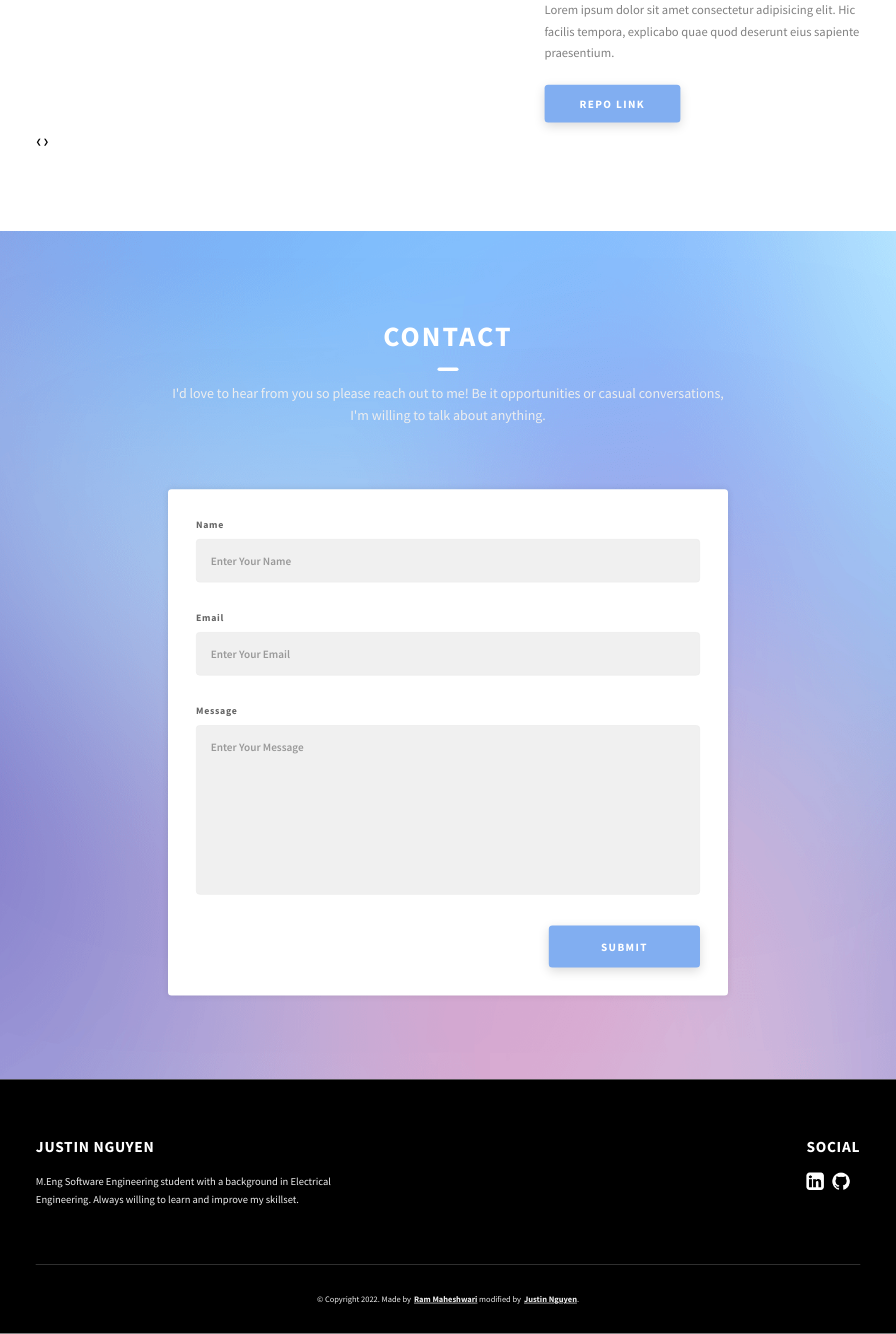
Repository: justinknguyen/Personal-Portfolio
Page: index.html
The author's editor kept a copy of each file at every save. The page is drawn from the files as they stood at one save, then again after the next save.
The browser window is 1280 px wide. The pictures show the part of the page from y = 3640 to 5560 px (the page is 5545 px tall before and 5560 px after), at 70% of full size.
The style sheet was rebuilt from its Sass, Less or Tailwind sources for each picture, by a compiler version that may differ from the author's.

Above is the page before, as saved 2022-09-07 10:55:48.

After the next save:
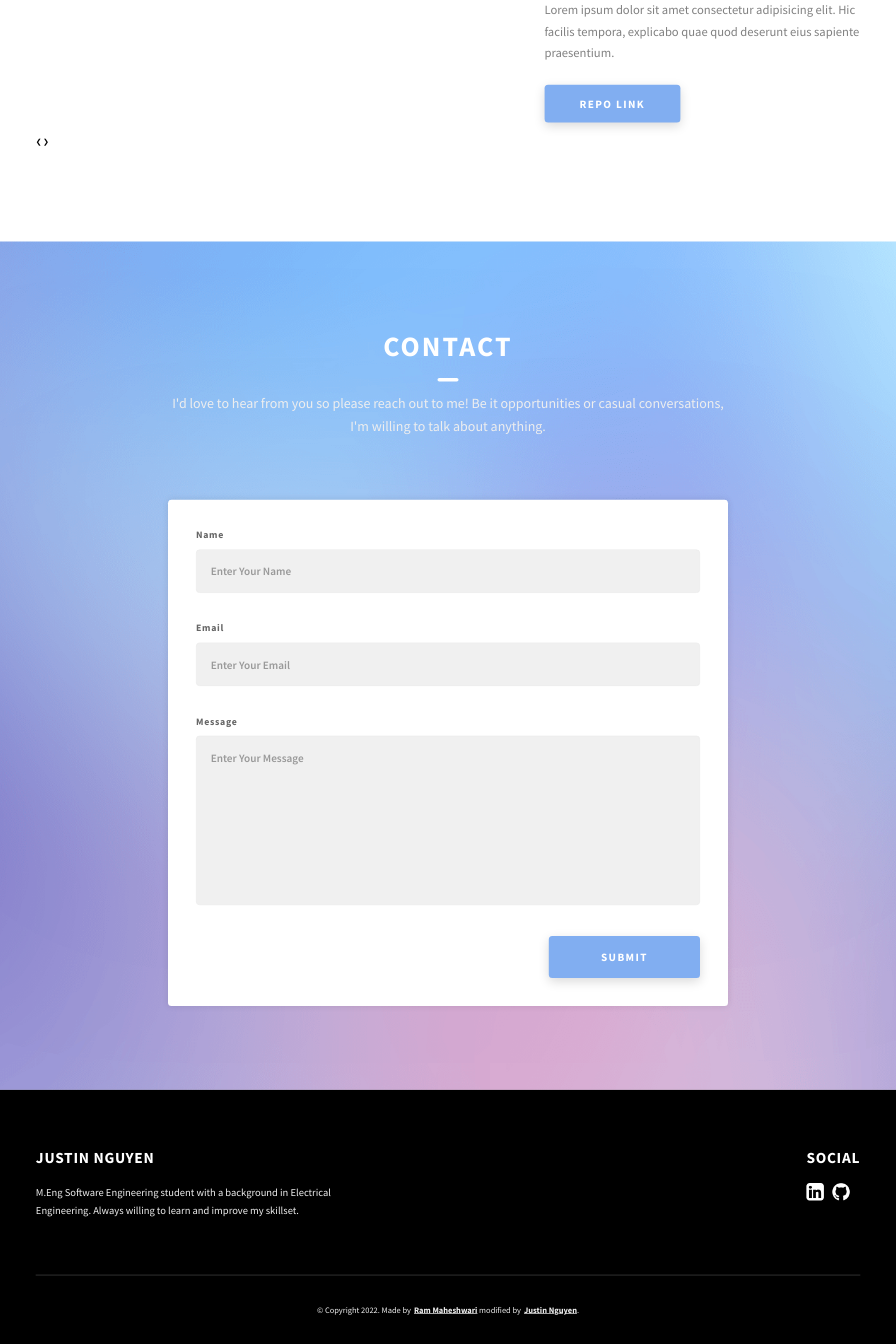
Saved 27 s later.
--- a/index.html
+++ b/index.html
@@ -335,6 +335,14 @@
           <a class="next" onclick="plusSlides(1)">&#10095;</a>
         </div>
       </div>
+      <br>
+
+    <!-- The dots/circles -->
+    <div style="text-align:center">
+      <span class="dot" onclick="currentSlide(1)"></span>
+      <span class="dot" onclick="currentSlide(2)"></span>
+      <span class="dot" onclick="currentSlide(3)"></span>
+    </div>
     </section>
       <!-- END Projects Section -->
 
